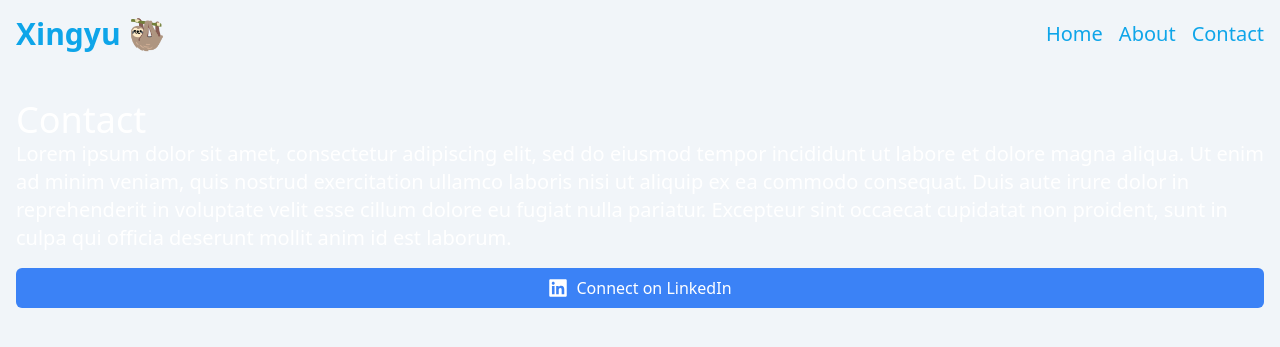
Repository: therealcyberlord/personal-portfolio
Page: /contact
The author's editor kept a copy of each file at every save. The page is drawn from the files as they stood at one save, then again after the next save.
The browser window is 1280 px wide. The pictures show the whole page.
The project was rebuilt for these pictures with package versions that can differ from the ones it lists, and the page was loaded fresh each time. Also part of the build but not shown: vite.config.ts, src/components/Profile.tsx, src/pages/Home.tsx, src/pages/About.tsx.

Above is the page before, as saved 2023-07-24 21:14:03.

After the next save:
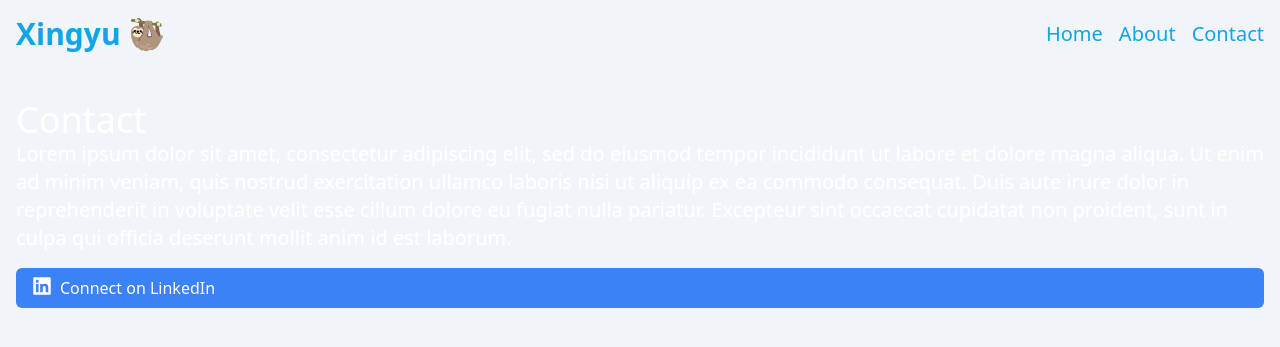
Saved 19 s later.
--- a/src/pages/Contact.tsx
+++ b/src/pages/Contact.tsx
@@ -17,7 +17,7 @@
         href="https://www.linkedin.com/in/xingyu-bian-1734bb134/"
         target="_blank" // Open the link in a new tab/window.
         rel="noopener noreferrer" // Recommended for security reasons.
-        className="flex items-center justify-center mt-4 bg-blue-500 text-white py-2 px-4 rounded-md"
+        className="flex  mt-4 bg-blue-500 text-white py-2 px-4 rounded-md"
       >
         <FaLinkedin size={20} className="mr-2" />
         Connect on LinkedIn
